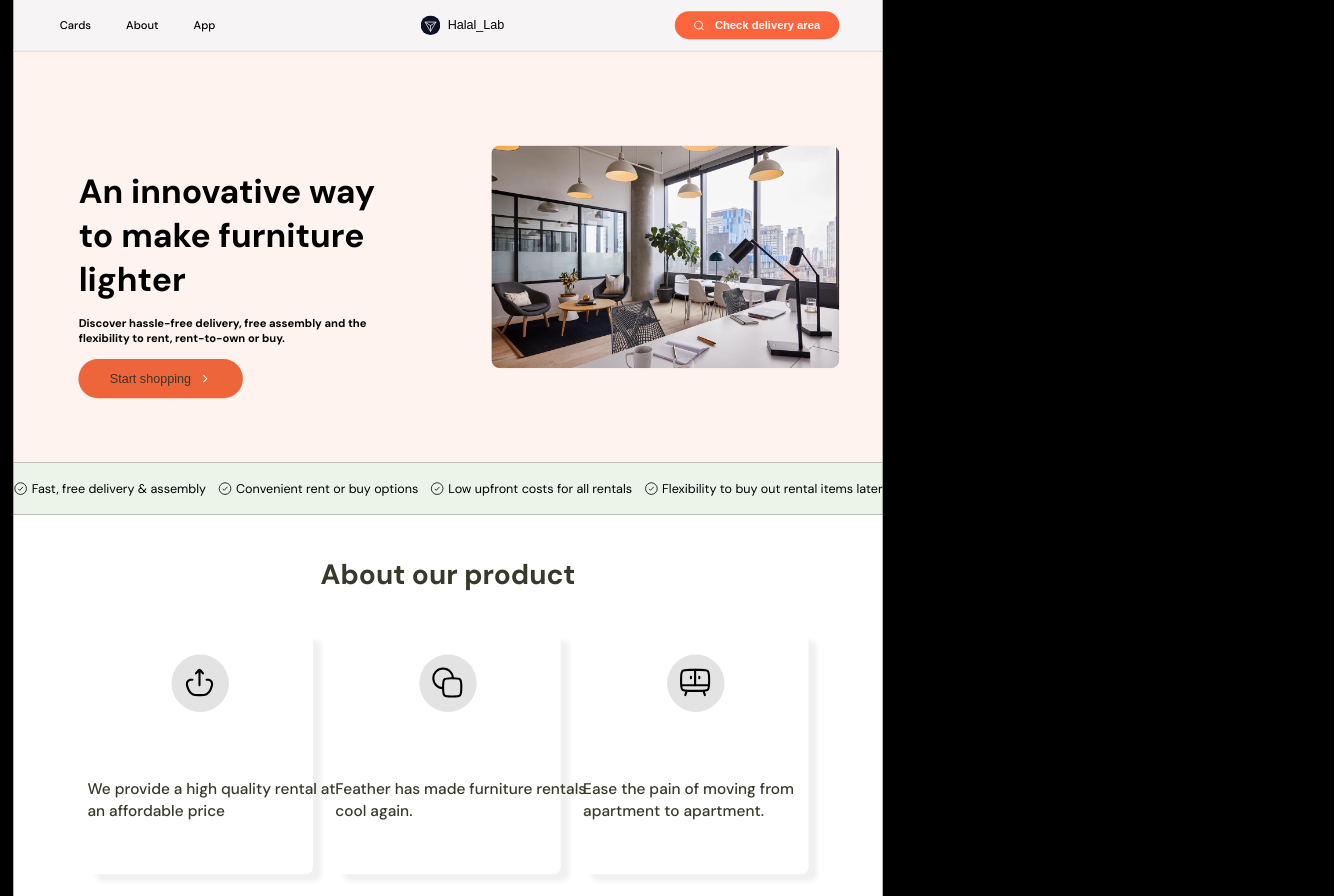
Repository: noman-source/Furniture-website
Page: index.html
These files come from the project's save history. The page is drawn as it stood at one moment and after the next save; the edit follows.
The browser window is 1280 px wide. The page is 1905 px wide, so the pictures cover 1905 px, including what lies to the right of the window. The pictures show the part of the page from y = 0 to 1280 px (the page is 4310 px tall), at 70% of full size.

Above is the page before, as saved 2025-07-04 12:54:06.

### index.html
<!DOCTYPE html>
<html lang="en">

<head>
    <meta charset="UTF-8">
    <meta name="viewport" content="width=device-width, initial-scale=1.0">
    <title>Document</title>
    <link rel="stylesheet" href="style.css">
</head>

<body>
    <header>
        <div class="navbar">
            <div class="nav-left">
                <ul>
                    <li>Cards</li>
                    <li>About</li>
                    <li>App</li>
                </ul>
            </div>
            <div class="nav-center">
                <ul>
                    <li><img src="asserts/svg/navbar-logo.svg" alt=""></li>
                    <li>Halal_Lab</li>
                </ul>
            </div>
            <div class="nav-right"><button><img src="asserts/svg/search.svg" alt="">Check delivery area</button></div>
        </div>
    </header>
    <main>
        <div class="section1">
            <div class="section1-left">
                <div class="section1-text">
                    <h2>An innovative way to make furniture lighter</h2>
                    <h4>Discover hassle-free delivery, free assembly and the flexibility to rent, rent-to-own or buy.
                    </h4>
                    <div class="section1-butt"><button>
                            <p>Start shopping</p><img src="asserts/svg/arrow.svg" alt="">
                        </button></div>
                </div>
            </div>
            <div class="section1-right">
                <img src="asserts/image/img 1.jpg" alt="">
            </div>
        </div>
        <div class="section2">
            <ul>
                <li><img src="asserts/svg/checkmark-circle-01.svg" alt="">Fast, free delivery & assembly</li>
                <li><img src="asserts/svg/checkmark-circle-01.svg" alt="">Convenient rent or buy options</li>
                <li><img src="asserts/svg/checkmark-circle-01.svg" alt="">Low upfront costs for all rentals</li>
                <li><img src="asserts/svg/checkmark-circle-01.svg" alt="">Flexibility to buy out rental items later</li>
            </ul>
        </div>
        <div class="section3">
            <p>About our product</p>
            <div class="section3-content">
                <div class="box box1">
                    <div class="circle"><img src="asserts/svg/upload-03.svg" alt=""></div>
                    <p>We provide a high quality rental at an affordable price</p>
                </div>
                <div class="box box2">
                    <div class="circle"><img src="asserts/svg/drawing-mode.svg" alt=""></div>
                    <p>Feather has made furniture rentals
                        cool again.</p>
                </div>
                <div class="box box3">
                    <div class="circle"><img src="asserts/svg/cabinet-01.svg" alt=""></div>
                    <p>Ease the pain of moving from
                        apartment to apartment.</p>
                </div>

            </div>
        </div>
        <div class="section4">
            <p>Browse by room</p>
            <div class="section4-content">
                <div class="box box1"><img src="asserts/image/img 2.png" alt="">
                    <p>Office <img src="asserts/svg/Vector.svg" alt=""></p>
                </div>
                <div class="box box2"><img src="asserts/image/img 3.png" alt="">
                    <p>Bedroom <img src="asserts/svg/Vector.svg" alt=""></p>
                </div>
                <div class="box box3"><img src="asserts/image/img 4.png" alt="">
                    <p>Living room <img src="asserts/svg/Vector.svg" alt=""></p>
                </div>
                <div class="box box4"><img src="asserts/image/img 5.png" alt="">
                    <p>Dining room <img src="asserts/svg/Vector.svg" alt=""></p>
                </div>
            </div>
        </div>
        <div class="section5">
            <div class="section5-top">
                <div class="left">
                    <div class="text">
                        <h3>Hassle free</h3>
                        <p>High quality but affordable rental designs.</p>
                    </div>
                    <div class="button"><button>Learn more <img src="asserts/svg/arrow-down-01.svg" alt=""></button>
                    </div>
                </div>
                <div class="right"><img src="asserts/image/img 6.png" alt=""></div>
            </div>
            <div class="section5-middle">
                <div class="right"><img src="asserts/image/img 7.png" alt=""></div>
                <div class="left">
                    <div class="text">
                        <h3>Risk free</h3>
                        <p>Furniture three ways. Rent, rent-to-own, or buy. Your furniture is as flexible as you need it
                            to be.</p>
                    </div>
                    <div class="button"><button>Learn more <img src="asserts/svg/arrow-down-01.svg" alt=""></button>
                    </div>
                </div>
            </div>
            <div class="section5-end">
                <div class="left">
                    <div class="text">
                        <h3>Waste free</h3>
                        <p>Last year we saved 522 tons of furniture from landfills. With your help, we can do even more.
                        </p>
                    </div>
                    <div class="button"><button>Learn more <img src="asserts/svg/arrow-down-01.svg" alt=""></button>
                    </div>
                </div>
                <div class="right"><img src="asserts/image/img 8.png" alt=""></div>
            </div>
        </div>
        <div class="section6">
            <div class="section6-content">
                <h3>Shop what’s new</h3>
                <div class="boxes">
                    <div class="box">
                        <div class="box-top"><img src="asserts/image/img 9.png" alt=""></div>
                        <div class="box-bottom">
                            <h4>Valencia Modular </h4>
                            <p>$2,999</p>
                        </div>
                    </div>
                    <div class="box">
                        <div class="box-top"><img src="asserts/image/img 10.png" alt=""></div>
                        <div class="box-bottom">
                            <h4>The Floyd sofa</h4>
                            <p>$1200</p>
                        </div>
                    </div>
                    <div class="box">
                        <div class="box-top"><img src="asserts/image/img 11.png" alt=""></div>
                        <div class="box-bottom">
                            <h4>Playa Outdoor</h4>
                            <p>$1999</p>
                        </div>
                    </div>
                    <div class="box">
                        <div class="box-top"><img src="asserts/image/img 12.png" alt=""></div>
                        <div class="box-bottom">
                            <h4>Remi standing</h4>
                            <p>$2,999</p>
                        </div>
                    </div>
                </div>
            </div>
        </div>
    </main>

    <footer>
        <div class="boxes">
            <div class="box box1">
                <div class="box1-top">
                    <p>Be in the know<br>
                        Get the latest products, promotions, and design tips in your inbox. Sign up and get 25% off your
                        first month.</p>
                </div>
                <div class="box1-bottom"><input type="email"placeholder="Email"><button>Submit</button></div>
            </div>
            <div class="box box2"><ul>
                <li>Shop</li>
                <li>The Goods</li>
                <li>Feather for Business</li>
                <li>Get design help</li>
            </ul></div>
            <div class="box box3"><ul>
                <li>Help</li>
                <li>hello@livefeather.com</li>
                <li>FAQs</li>
            </ul></div>
            <div class="box box4"><ul>
                <li>Follow us</li>
                <li><img src="asserts/svg/Instagram.svg" alt=""><img src="asserts/svg/Twitter.svg" alt=""><img src="asserts/svg/pinterest.svg" alt=""><img src="asserts/svg/Facebook.svg" alt=""><img src="asserts/svg/linkdin.svg" alt=""></li>
            </ul></div>
        </div>
    </footer>

</body>

</html>

### style.css
@import url('https://fonts.googleapis.com/css2?family=DM+Sans:ital,opsz,wght@0,9..40,100..1000;1,9..40,100..1000&display=swap');
@import url('https://fonts.googleapis.com/css2?family=DM+Sans:ital,opsz,wght@0,9..40,100..1000;1,9..40,100..1000&display=swap');
@import url('https://fonts.googleapis.com/css2?family=DM+Sans:ital,opsz,wght@0,9..40,100..1000;1,9..40,100..1000&display=swap');

body {
    font-family: "DM Sans", sans-serif;
    background-color: black;
}

.website {
    background-color: white;
}

* {
    margin: 0;
    padding: 0;
}

header .navbar {
    width: 97%;
    margin: auto;
    height: 72px;
    display: flex;
    justify-content: space-around;
    align-items: center;
    background-color: rgb(246, 244, 244);
    gap: 13%;
    border-bottom: 1px solid #E4E4E4;
}

header .navbar .nav-left {
    font-size: 16px;
    font-weight: 500;
    line-height: 24px;
    letter-spacing: -1%;
}

header .navbar .nav-left ul {
    display: flex;
    justify-content: center;
    align-items: center;
    gap: 50px;
}

header .navbar .nav-left ul li {
    list-style-type: none;
}

header .navbar .nav-center ul {
    display: flex;
    justify-content: center;
    align-items: center;
    gap: 10px;
    font-family: "Ramabhadra", sans-serif;
}

header .navbar .nav-center ul li {
    list-style-type: none;
    font-size: 18px;
    font-weight: 400;
    display: flex;
    justify-content: center;
    align-items: center;
}

header .navbar .nav-right button {
    width: 130%;
    height: 40px;
    background-color: #FD653E;
    border-radius: 32px;
    border: none;
    transform: translateX(-50px);
    display: flex;
    justify-content: center;
    align-items: center;
    gap: 15px;
    font-size: 16px;
    font-weight: 700;
    color: white;
}

main .section1 {
    width: 97%;
    margin: auto;
    height: 588px;
    background-color: #FFF3EF;
    display: flex;
    justify-content: space-around;
    align-items: center;
}

main .section1 .section1-right {
    width: 50%;
    display: flex;
    justify-content: center;
    align-items: center;
}

main .section1 .section1-left {
    width: 50%;
}

main .section1 .section1-left .section1-text {
    width: 70%;
    margin: auto;
    height: 250px;
    display: flex;
    flex-direction: column;
    gap: 20px;
}

main .section1 .section1-left .section1-text h2 {
    font-size: 48px;
    font-weight: 700;
}

main .section1 .section1-left .section1-text p {
    font-size: 18px;
    font-weight: 400;
    color: #39382A;
}

main .section1 .section1-left .section1-text button {
    width: 235px;
    height: 56px;
    display: flex;
    justify-content: center;
    align-items: center;
    gap: 10px;
    border-radius: 32px;
    border: transparent;
    background-color: #ED653B;
}

main .section1 .section1-left .section1-text button a {
    color: white;
    font-size: 20px;
    font-weight: 700;
    font-family: "DM Sans", sans-serif;
}

main .section1 .section1-right img {
    width: 80%;
    border-radius: 12px;
}

.section2 {
    height: 74px;
    width: 97%;
    margin: auto;
    background-color: #ECF4E9;
}

.section2 ul {
    height: 74px;
    display: flex;
    justify-content: space-between;
    align-items: center;
}

.section2 ul li {
    font-family: "DM Sans", sans-serif;
    list-style-type: none;
    display: flex;
    justify-content: center;
    align-items: center;
    gap: 5px;
    font-size: 18px;
    font-weight: 400;
}

.section3 {
    width: 97%;
    margin: auto;
    height: 515px;
    background-color: white;
}

.section3 > h2 {
    font-size: 40px;
    font-weight: 700;
}

.section3 p {
    font-size: 40px;
    font-weight: 700;
    height: 170px;
    display: flex;
    color: #39382A;
    justify-content: center;
    align-items: center;
}

.section3-content {
    display: flex;
    justify-content: center;
    align-items: center;
    gap: 32px;
}

.section3-content .box {
    width: 322px;
    border-radius: 10px;
    height: 344px;
    display: flex;
    align-items: center;
    justify-content: center;
    flex-direction: column;
    gap: 50px;
    box-shadow: 12px 10px 8px #F0F0F0;
}

.section3-content .box .circle {
    width: 50px;
    height: 50px;
    transform: translateY(30px);
    gap: 10px;
    border-radius: 99px; /* Corrected to 99px based on later image */
    padding: 16px; /* Corrected to 16px based on later image */
    background-color: #E3E3E3; /* Corrected to #E3E3E3 based on later image */
}

.section3-content .box p {
    width: 373px;
    margin: auto;
    display: flex;
    font-family: DM Sans;
    font-weight: 500;
    font-size: 22px;
    line-height: 32px;
    /* letter-spacing: 0%; */
    /* vertical-align: middle; */
}

.section4 {
    width: 97%;
    margin: auto;
    height: 551px;
    background-color: white;
}

.section4 p {
    font-weight: 700;
    font-size: 40px;
    line-height: 56px;
    letter-spacing: 0.9px;
    padding-top: 50px;
    padding-left: 100px; /* Added based on later image */
}

.section4 .section4-content {
    height: 287px;
    display: flex;
    justify-content: flex-start;
    padding-left: 100px;
    padding-top: 50px;
    gap: 32px;
}

.section4 .section4-content .box {
    height: 287px;
    display: flex;
    flex-direction: column;
    gap: 20px;
}

.section4 .section4-content .box img {
    height: 230px;
    width: 230px;
    border-radius: 12px;
}

.section4 .section4-content .box p {
    font-family: DM Sans;
    font-weight: 500;
    font-size: 22px;
    line-height: 32px;
    display: flex;
    gap: 16px; /* Corrected to 16px based on later image */
    justify-content: flex-start;
    align-items: center; /* Added based on later image */
    color: #39382A; /* Added based on later image */
}

.section5 {
    height: 1548px;
    background-color: white;
    width: 97%;
    margin: auto;
    display: flex;
    justify-content: center;
    align-items: center;
    flex-direction: column;
    gap: 40px;
}

.section5 > .section5-top,
.section5-middle,
.section5-end {
    height: 430px;
    border: 2px solid #E4E4E4;
    width: 87%;
    margin: auto;
    border-radius: 10px;
}

.section5 .section5-top {
    background-color: #ECF4E9;
    display: flex;
    justify-content: space-around;
    align-items: center;
}

.section5 .section5-middle {
    background-color: #FEF3EE;
    display: flex;
    justify-content: space-around;
    align-items: center;
}

.section5 .section5-end {
    background-color: #F0F8FA;
    display: flex;
    justify-content: space-around;
    align-items: center;
}

.section5 .right img {
    width: 60px;
    height: 388px;
    border-radius: 60px;
}

.section5 .left {
    width: 50%;
    display: flex;
    flex-direction: column;
    justify-content: center;
    align-items: center;
    gap: 30px;
}

.section5 .left .text {
    display: flex;
    flex-direction: column;
    gap: 16px;
}

.section5 .left .button {
    display: flex;
    justify-content: flex-start;
}

.section5 .left .text button {
    width: 400px;
}

.section5 .right {
    padding: 20px;
}

.section5 h3 {
    font-weight: 700;
    font-size: 40px;
    line-height: 50px;
    letter-spacing: 0.96px;
}

.section5 p {
    font-family: DM Sans;
    font-weight: 500;
    font-size: 22px;
    line-height: 32px;
    letter-spacing: 0%; /* Added based on later image */
    vertical-align: middle; /* Added based on later image */
    color: #39382A; /* Added based on later image */
}

.section5 .left button {
    width: 202px;
    height: 56px;
    gap: 10px;
    border-width: 1px;
    padding-top: 16px;
    padding-right: 32px;
    padding-bottom: 16px;
    padding-left: 32px;
    border-radius: 32px;
    background-color: transparent;
    border: 2px solid #FD653E;
    color: #FD653E;
    display: flex;
    justify-content: center;
    align-items: center;
    font-family: DM Sans;
    font-weight: 700;
    font-size: 18px;
}

.section6 {
    background-color: white;
    height: 730px;
    width: 97%;
    margin: auto;
}

.section6 img {
    width: 286px;
    height: 203px;
    border-radius: 12px;
}

.section6 .section6-content {
    height: 548px;
    background-color: #FFFCF8;
    width: 90.7%;
    margin: auto;
    padding-left: 180px;
    padding-top: 80px;
    display: flex;
    flex-direction: column;
    gap: 20px;
}

.section6-content .boxes {
    display: flex;
    gap: 32px;
}

.section6-content .boxes .box {
    display: flex;
    flex-direction: column;
    gap: 19px;
}

.section6 h2 {
    font-family: Circular Std;
    font-weight: 700;
}

.section6 h3 {
    /* font-family: Circular Std; */
    font-weight: 700;
    font-size: 40px;
    line-height: 50px;
    letter-spacing: 0px;
    vertical-align: middle;
    color: #39382A;
}

.section6-content .box-bottom {
    display: flex;
    flex-direction: column;
    gap: 4px;
}

.section6-content .box-bottom h4 {
    font-family: DM Sans;
    font-weight: 500;
    font-size: 18px;
    line-height: 26px;
    letter-spacing: 0%;
    vertical-align: middle;
    color: #39382A;
}

.section6-content .box-bottom p {
    font-family: DM Sans;
    font-weight: 500;
    font-size: 10px;
    line-height: 14px;
    letter-spacing: 0%;
    vertical-align: middle;
    color: #ED653B;
}

footer {
    border-top: 1px solid #DC0805;
    width: 97%;
    background-color: white;
    height: 230px;
    margin: auto;
    display: flex;
    justify-content: center;
    align-items: center;
    /* transform: translateY(130px); */
}

footer .boxes {
    display: grid;
    grid-template-columns: 403px 180px 180px 170px;
    width: 85%;
    margin: auto;
    /* background-color: #39382A; */
    height: 144px;
    justify-content: space-between;
}

footer .boxes .box1 {
    display: flex;
    flex-direction: column;
    gap: 20px;
}

footer .boxes .box1-top {
    font-family: DM Sans;
    font-weight: 700;
    font-size: 34px;
}

footer .boxes .box1 .box1-top {
    font-weight: 400;
    font-size: 14.13px;
    line-height: 24px;
    letter-spacing: 0%;
    vertical-align: middle;
}

footer .boxes .box1 .box1-bottom {
    display: flex;
    gap: 16px;
    justify-content: center;
    align-items: center;
}

footer .boxes .box1 .box1-bottom input {
    width: 245px;
    height: 48px;
    border: 1px solid #EDEDED;
    border-radius: 32px;
    outline: none;
}

footer .boxes .box1 .box1-bottom input::placeholder {
    transform: translateX(20px);
    font-family: DM Sans;
    font-weight: 500;
    font-size: 16px;
    line-height: 24px;
    letter-spacing: 1%;
    vertical-align: middle;
    color: #BABABA;
}

footer .boxes .box1 .box1-bottom button {
    width: 140px;
    height: 48px;
    border-width: 1px;
    border-radius: 48px;
    border: 1px solid #ED653B;
    background-color: transparent;
    font-family: DM Sans;
    font-weight: 500;
    font-size: 16px;
    line-height: 24px;
    letter-spacing: 1%;
    vertical-align: middle;
    color: #ED653B;
}

footer .boxes ul li:first-child {
    font-weight: 500;
    font-size: 16px;
    letter-spacing: 0.16px;
    color: #2A2A2D;
}

footer .boxes ul {
    display: flex;
    flex-direction: column;
    gap: 16px;
}

footer .boxes ul li {
    list-style-type: none;
    font-family: DM Sans;
    font-weight: 400; /* Added based on latest image */
    font-size: 16px; /* Added based on latest image */
    color: #39382A; /* Added based on latest image */
}

footer .boxes .box4 li:last-of-type {
    display: flex;
    justify-content: space-between;
    align-items: center;
}

After the next save:
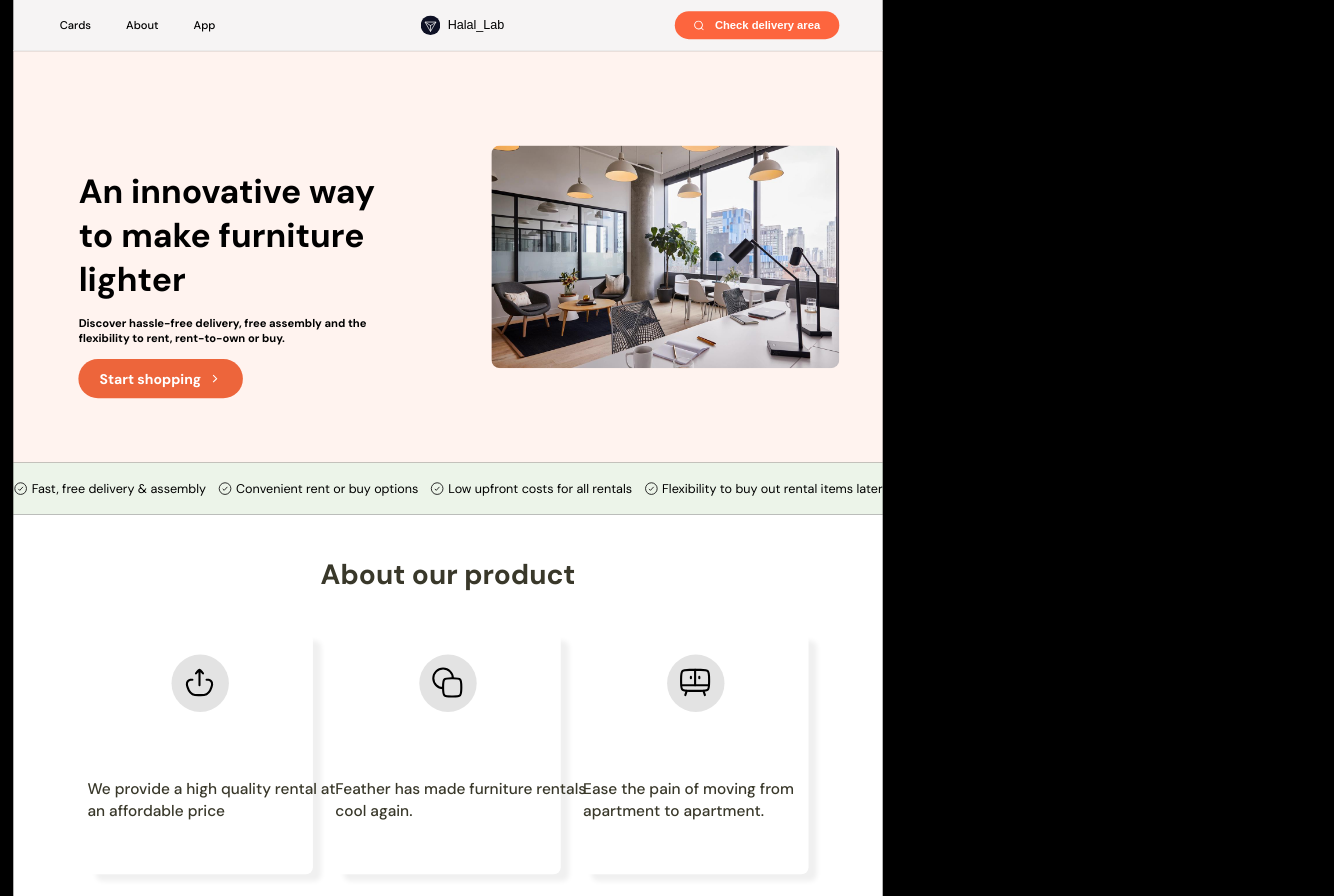
Saved 42 s later.
--- a/style.css
+++ b/style.css
@@ -132,7 +132,7 @@
     background-color: #ED653B;
 }
 
-main .section1 .section1-left .section1-text button a {
+main .section1 .section1-left .section1-text button p {
     color: white;
     font-size: 20px;
     font-weight: 700;
